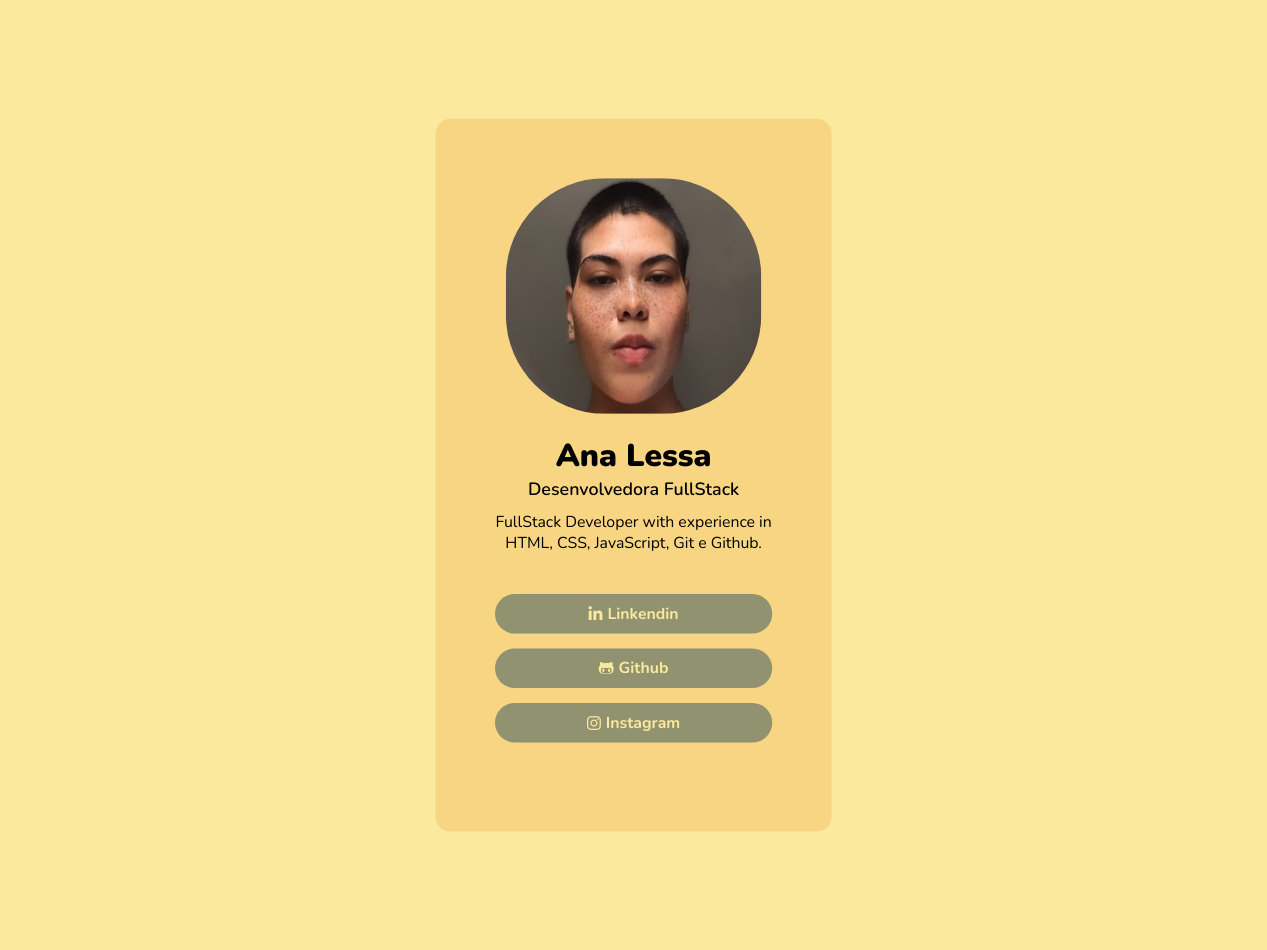
Repository: analessp/linktree
Page: index.html
The author's editor kept a copy of each file at every save. The page is drawn from the files as they stood at one save, then again after the next save.
The browser window is 1280 px wide. The pictures show the whole page, at 99% of full size.

Above is the page before, as saved 2025-04-11 11:02:22.

### index.html
<!DOCTYPE html>
<html lang="pt-BR">
<head>
    <meta charset="UTF-8">
    <meta name="viewport" content="width=device-width, initial-scale=1.0">
    <title>Linktree Ana Lessa</title>
    <link rel="stylesheet" href="style.css">
    <link rel="preconnect" href="https://fonts.googleapis.com">
    <link rel="preconnect" href="https://fonts.gstatic.com" crossorigin>
    <link href="https://fonts.googleapis.com/css2?family=Nunito:ital,wght@0,200..1000;1,200..1000&display=swap" rel="stylesheet">
    <link rel="stylesheet" href="https://cdnjs.cloudflare.com/ajax/libs/font-awesome/6.5.0/css/all.min.css">
</head>
<body>
    <div class="container-main">
    <div class="container-image">
        <img src="./assets/img.jpg" alt="Foto de Ana Lessa">
    </div>
    <div class="container-infos">
        <h1>Ana Lessa</h1>
        <h2>Desenvolvedora FullStack</h2>
    </div>
    <div class="container-easter-egg">
        <p>FullStack Developer with experience in HTML, CSS, JavaScript, Git e Github.</p>
    </div>
    <div class="container-social-links">
        <ul>
            <a href="https://www.linkedin.com/in/ana-lessa-2a312a253/" target="_blank">
            <li>
            <i class="fa-brands fa-linkedin-in"></i>
            <p>Linkendin</p>
            </li></a>
            <a href="https://github.com/analessp" target="_blank">
            <li>
            <i class="fa-brands fa-github-alt"></i>
            <p>Github</p>
            </li></a>
            <a href="https://www.instagram.com/analessp/" target="_blank">
            <li>
            <i class="fa-brands fa-instagram"></i>
            <p>Instagram</p>
            </li></a>
        </ul>
    </div>
    </div>
</body>
</html>

### style.css
* {
    font-family: "Nunito", sans-serif;
    margin: 0;
    padding: 0;
    box-sizing: border-box;
}

body {
    background-color: #fbea9d;
}

.container-main {
    background-color: #f8d583;
    width: 400px;
    height: 720px;
    box-sizing: border-box;
    margin: 120px auto;
    padding: 60px;
    border-radius: 15px;
    text-align: center;
}

.container-image img{
        width: 258px;
        height: 238px;
        border-radius: 100px;
}

.container-infos {
margin-top: 15px;
margin-bottom: 10px;
}

.container-infos h1 {
    font-weight: 900;
}

.container-infos h2 {
    font-weight: 600;
    font-size: 18px;
}

.container-social-links ul {
    list-style: none;
}

.container-social-links a {
    text-decoration: none;
    color: #fbea9d;
}

.container-social-links {
    margin-top: 40px;
}

.container-social-links li {
    display: flex;
    justify-content: center;
    gap: 5px;
    align-items: center;
    width: 280px;
    height: 40px;
    background-color: #919270;
    margin: 15px 0;
    padding: 8px 0;
    border-radius: 20px;
    font-weight: 700;
    transform-origin: 0.6%;

    &:hover {
        background-color: bisque (0, 0, 0);
        transform: scale(1.1);
    }
}

After the next save:
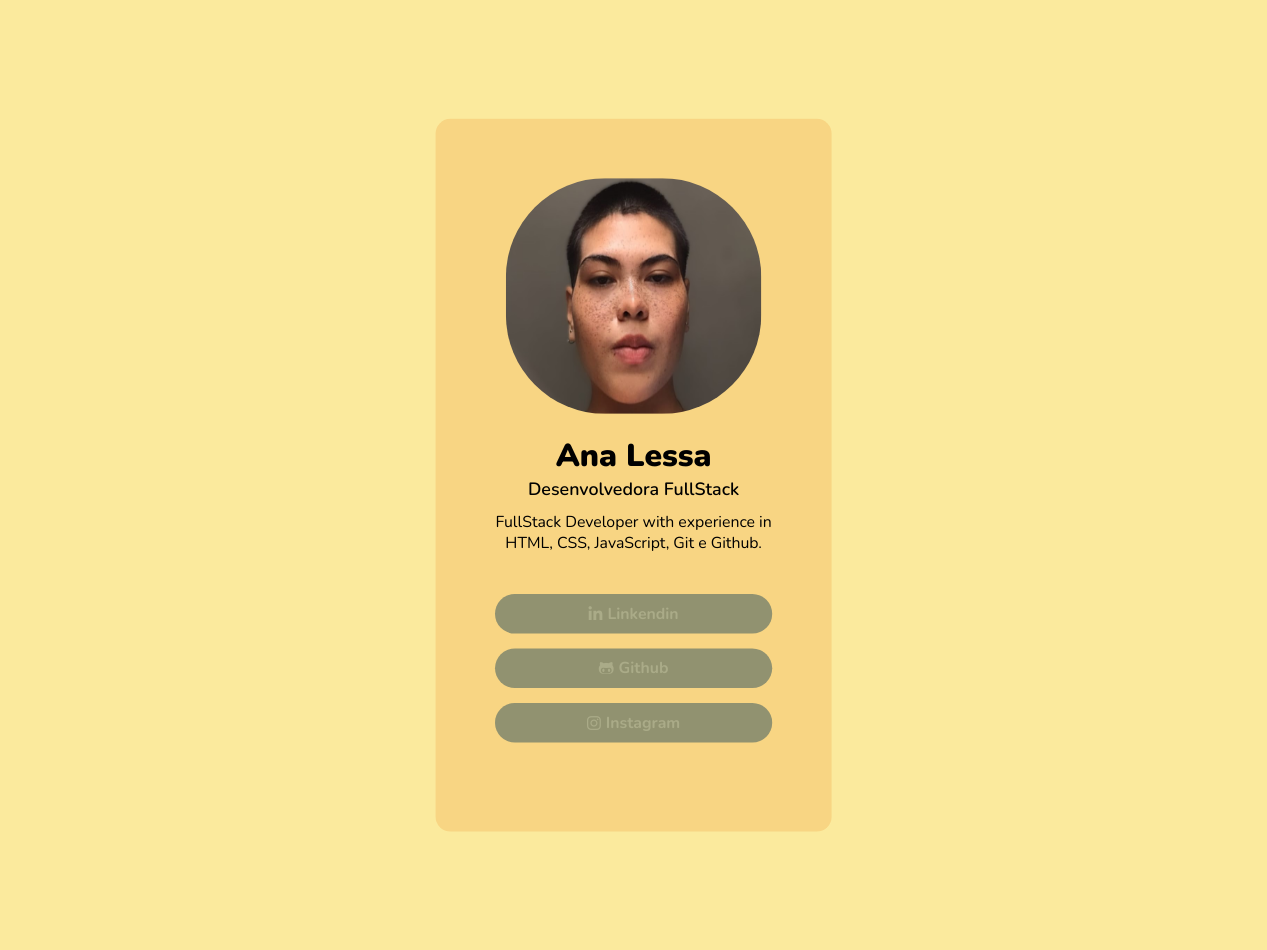
Saved 10 s later.
--- a/style.css
+++ b/style.css
@@ -46,7 +46,7 @@ margin-bottom: 10px;
 
 .container-social-links a {
     text-decoration: none;
-    color: #fbea9d;
+    color: #aaab88;
 }
 
 .container-social-links {
